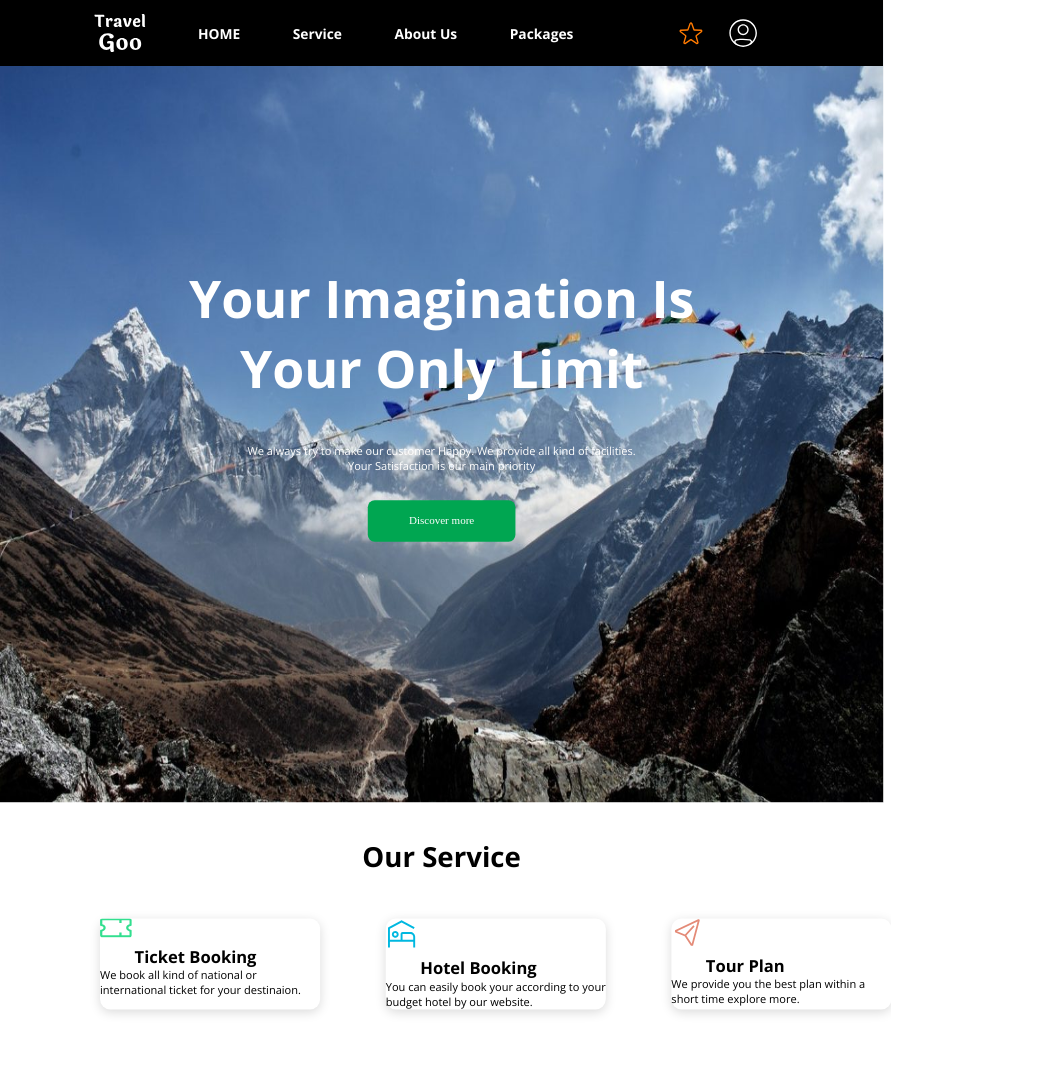
Repository: kubrazamanova/Background-Image
Page: index.html
The author's editor kept a copy of each file at every save. The page is drawn from the files as they stood at one save, then again after the next save.
The browser window is 1280 px wide. The page is 1292 px wide, then 1532 px, so the pictures cover 1532 px, including what lies to the right of the window. The pictures show the whole page, at 69% of full size.

Above is the page before, as saved 2023-10-17 18:54:28.

After the next save:
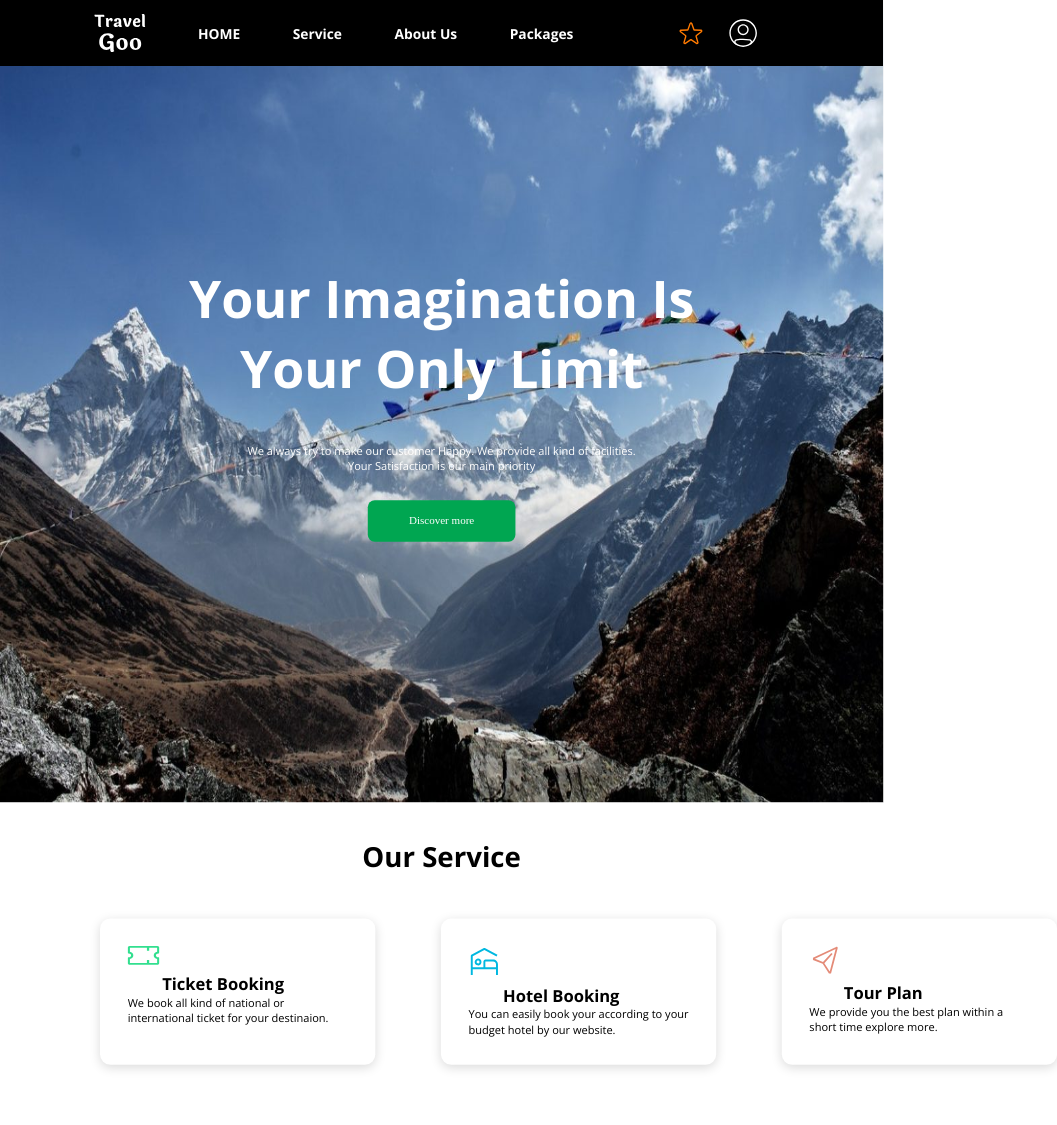
Saved 13 s later.
--- a/index.css
+++ b/index.css
@@ -112,7 +112,7 @@ main {
 
 .our-service-page ul li {
   width: 416px;
-  padding: ;
+  padding: 40px ;
   /* height: 232px; */
   margin-right: 95px;
   margin-top: 63px;
